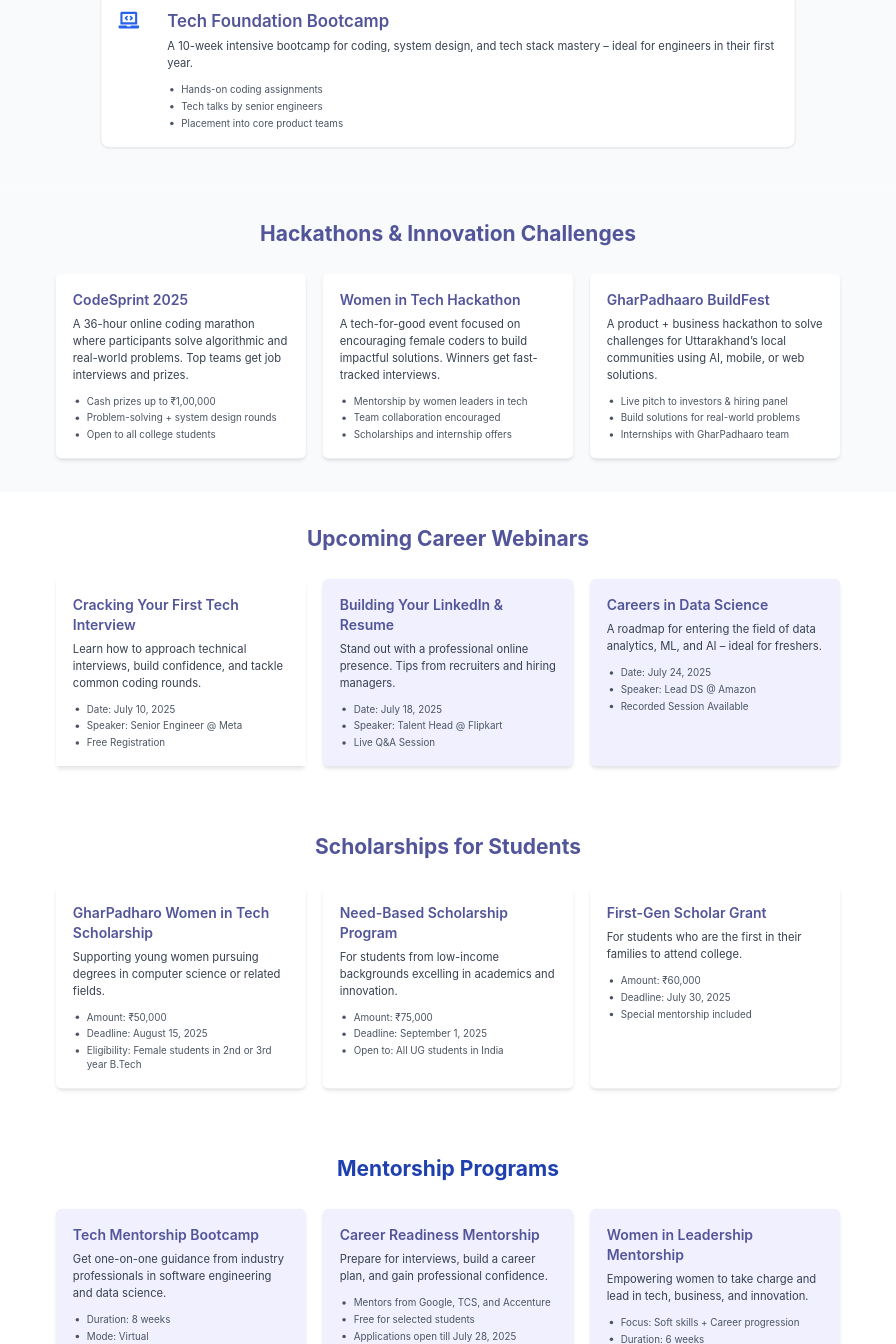
Repository: Siddharthkothiyal/GharPadhaaroCareerWebsite
Page: /#/students
These files come from the project's save history. The page is drawn as it stood at one moment and after the next save; the edit follows.
The browser window is 1280 px wide. The pictures show the part of the page from y = 2667 to 4587 px (the page is 5581 px tall), at 70% of full size.
The project was rebuilt for these pictures with package versions that can differ from the ones it lists, and the page was loaded fresh each time. Also part of the build but not shown: src/components/CareerPortal/JobListing/JobListings.css, src/components/CareerPortal/JobListing/JobListings.js, src/components/CareerPortal/Header.css, src/components/CareerPortal/ResumeUpload.css, src/components/CareerPortal/ResumeUpload.js, src/components/CareerPortal/Header.js, src/components/CareerPortal/JobListing/JobSearch.css, src/components/CareerPortal/JobListing/JobSearch.js and 10 more.

Above is the page before, as saved 2025-06-21 22:22:00.

### public/index.html
<!DOCTYPE html>
<html lang="en">

<head>
  <meta charset="utf-8" />
  <link rel="icon" href="%PUBLIC_URL%/favicon.ico" />
  <meta name="viewport" content="width=device-width, initial-scale=1" />
  <meta name="theme-color" content="#000000" />
  <meta name="description" content="GharPadharo - Find your perfect stay" />

  <!-- Font Awesome CDN (latest) -->
  <link rel="stylesheet" href="https://cdnjs.cloudflare.com/ajax/libs/font-awesome/6.5.2/css/all.min.css"
    integrity="sha512-SnH5WK+bZxgPHs44uWIX+LLJAJ9/2PkPKZ5QiAj6Ta86w+fsb2TkcmfRyVX3pBnMFcV7oQPJkl9QevSCWr3W6A=="
    crossorigin="anonymous" referrerpolicy="no-referrer" />

  <link rel="apple-touch-icon" href="%PUBLIC_URL%/logo192.png" />
  <title>GharPadharo</title>
</head>

<body>
  <noscript>You need to enable JavaScript to run this app.</noscript>
  <div id="root"></div>
  <!--
      This HTML file is a template.
      If you open it directly in the browser, you will see an empty page.

      You can add webfonts, meta tags, or analytics to this file.
      The build step will place the bundled scripts into the <body> tag.

      To begin the development, run `npm start` or `yarn start`.
      To create a production bundle, use `npm run build` or `yarn build`.
    -->
</body>

</html>

### src/index.css
@tailwind base;
@tailwind components;
@tailwind utilities;

/* You can keep your custom CSS below if needed */

body {
  margin: 0;
  font-family: -apple-system, BlinkMacSystemFont, 'Segoe UI', 'Roboto', 'Oxygen',
    'Ubuntu', 'Cantarell', 'Fira Sans', 'Droid Sans', 'Helvetica Neue',
    sans-serif;
  -webkit-font-smoothing: antialiased;
  -moz-osx-font-smoothing: grayscale;
}

code {
  font-family: source-code-pro, Menlo, Monaco, Consolas, 'Courier New',
    monospace;
}

### src/App.js
import React from 'react';
// import { HashRouter as Router } from 'react-router-dom';

// import { BrowserRouter as Router, Routes, Route } from 'react-router-dom';
import { HashRouter as Router, Routes, Route } from 'react-router-dom';
import JobListings from './components/CareerPortal/JobListing/JobListings';

import './App.css';
import CareerPortal from './components/CareerPortal';
import Login from './components/Auth/Login';
import Signup from './components/Auth/Signup';
import LandingPage from './components/LandingPage/LandingPage';



import StudentsPage from './components/CareerPortal/StudentsPage/StudentsPage';

// import JobCategory from './components/CareerPortal/JobListing/JobCategory';
// import JobLocation from './components/CareerPortal/JobListing/JobLocation';



function App() {
  return (
    <Router>
      <div className="App">


        <Routes>
          <Route path="/" element={<LandingPage />} />
          <Route path="/careers" element={<CareerPortal />} />
          <Route path="/login" element={<Login />} />
          <Route path="/signup" element={<Signup />} />

          {/* <Route path="/jobs/:category" element={<JobCategory />} />
          <Route path="/jobs/location/:location" element={<JobLocation />} /> */}
          <Route path="/students" element={<StudentsPage />} />
          <Route path="/job-listings" element={<JobListings />} />




        </Routes>
      </div>
    </Router>
  );
}

export default App;

### src/components/CareerPortal/StudentsPage/StudentsPage.js
import React from "react";

import Internships from "./sections/Internships";
import FreshersJob from "./sections/FreshersJob";
import EarlyCareers from "./sections/EarlyCareers";
import Hackathon from "./sections/Hackathons";
import Webinars from "./sections/Webinars";
import Scholarships from "./sections/Scholarships";
import Mentorship from "./sections/Mentorship";
import Resources from "./sections/Resources";
import FAQs from "./sections/FAQs";

const StudentsPage = () => {
  return (
  <div className="bg-white">
    {/* Page Header */}
    <section className="bg-[#525599] text-white py-10">
      <div className="max-w-6xl mx-auto text-center px-4">
        <h1 className="text-4xl font-bold">Opportunities for Students</h1>
        <p className="mt-2 text-lg">
          Discover internships, job roles, and resources tailored for students.
        </p>
      </div>
    </section>

    <div id="internships">
      <Internships />
    </div>

    <div id="FreshersJob">
      <FreshersJob />
    </div>

    <div id="EarlyCareers">
      <EarlyCareers />
    </div>

    <div id="Hackathons">
      <Hackathon />
    </div>

    <div id="Webinars">
      <Webinars />
    </div>

    <div id="Scholarships">
      <Scholarships />
    </div>

    <div id="Mentorship">
      <Mentorship />
    </div>

    <div id="Resources">
      <Resources />
    </div>

    <div id="faqs">
      <FAQs />
    </div>
  </div>
);

};

export default StudentsPage;

### src/components/CareerPortal/CareerPortal.css
/* GharPadharo Career Portal Styles */
:root {
  --gharpadhaaro-blue: #0866ff;
  --gharpadhaaro-blue-dark: #0756d6;
  --gharpadhaaro-gray: #f0f2f5;
  --gharpadhaaro-text: #1c1e21;
  --gharpadhaaro-text-secondary: #65676b;
  --gharpadhaaro-white: #ffffff;
  --gharpadhaaro-border: #dadde1;
  --gharpadhaaro-success: #42b72a;
  --gharpadhaaro-error: #fa383e;
  --gharpadhaaro-shadow: rgba(0, 0, 0, 0.1);
  --gharpadhaaro-radius: 8px;
  --gharpadhaaro-transition: all 0.2s ease;
}

/* Global Styles */
.career-portal {
  font-family: 'Optimistic Display', -apple-system, BlinkMacSystemFont, 'Segoe UI', Roboto, Oxygen, Ubuntu, Cantarell, 'Open Sans', 'Helvetica Neue', sans-serif;
  color: var(--gharpadhaaro-text);
  line-height: 1.5;
  background-color: var(--gharpadhaaro-white);
}

.container {
  max-width: 1200px;
  margin: 0 auto;
  padding: 0 24px;
}

/* Hero Section */
.hero-section {
  background: linear-gradient(135deg, #0866ff 0%, #535699 100%);
  color: var(--meta-white);
  padding: 100px 0;
  text-align: center;
}

.hero-content {
  max-width: 800px;
  margin: 0 auto;
  padding: 0 24px;
}

.hero-content h1 {
  font-size: 48px;
  font-weight: 700;
  margin-bottom: 24px;
  line-height: 1.2;
}

.hero-content p {
  color: black;
  font-size: 20px;
  margin-bottom: 40px;
  margin-left: 70px;

}

/* Job Search Section */
.job-search-section {
  padding: 60px 0;
  background-color: var(--meta-white);
}

.filters-and-results {
  display: grid;
  grid-template-columns: 300px 1fr;
  gap: 30px;
}

/* Featured Teams Section */
.featured-teams-section {
  padding: 80px 0;
  background-color: var(--meta-gray);
}

.featured-teams-section h2 {
  font-size: 36px;
  font-weight: 700;
  margin-bottom: 16px;
  text-align: center;
}

.featured-teams-section p {
  font-size: 18px;
  color: var(--meta-text-secondary);
  max-width: 700px;
  margin: 0 auto 40px;
  text-align: center;
}

/* Buttons */
.btn {
  display: inline-flex;
  align-items: center;
  justify-content: center;
  padding: 12px 24px;
  border-radius: 0px;
  font-weight: 600;
  font-size: 16px;
  cursor: pointer;
  transition: var(--meta-transition);
  border: none;
}

.btn-primary {
  background-color: var(--meta-blue);
  color: var(--meta-white);
}

.btn-primary:hover {
  background-color: var(--meta-blue-dark);
}

.btn-secondary {
  background-color: var(--meta-gray);
  color: var(--meta-text);
  margin-left: 50px;
}

.btn-secondary:hover {
  background-color: #e4e6eb;
}

/* Form Elements */
.input-group {
  position: relative;
  margin-bottom: 16px;
}

.input-field {
  width: 100%;
  padding: 14px 16px;
  border-radius: var(--meta-radius);
  border: 1px solid var(--meta-border);
  font-size: 16px;
  transition: var(--meta-transition);
}

.input-field:focus {
  border-color: var(--meta-blue);
  outline: none;
  box-shadow: 0 0 0 2px rgba(8, 102, 255, 0.2);
}

/* Responsive */
@media (max-width: 992px) {
  .filters-and-results {
    grid-template-columns: 1fr;
  }

  .hero-content h1 {
    font-size: 36px;
  }

  .hero-content p {
    font-size: 18px;
  }
}

@media (max-width: 576px) {
  .hero-content h1 {
    font-size: 28px;
  }

  .hero-content p {
    font-size: 16px;
  }

  .featured-teams-section h2 {
    font-size: 28px;
  }
}

### src/components/Auth/Auth.css
/* Auth.css - Styles for Login and Signup components */

:root {
  --primary-color: #535699; /* GharPadharo blue */
  --secondary-color: #42B72A; /* GharPadharo green */
  --text-color: #1C1E21;
  --light-text: #606770;
  --error-color: #FA383E;
  --border-color: #DADDE1;
  --background-color: #F0F2F5;
  --card-background: #FFFFFF;
  --hover-color: #E7F3FF;
  --focus-shadow: 0 0 0 2px rgba(83, 86, 153, 0.2);
}

/* Auth Container */
.auth-container {
  display: flex;
  justify-content: center;
  align-items: center;
  min-height: 100vh;
  background-color: var(--background-color);
  padding: 20px;
}

/* Auth Card */
.auth-card {
  background-color: var(--card-background);
  border-radius: 8px;
  box-shadow: 0 2px 4px rgba(0, 0, 0, 0.1), 0 8px 16px rgba(0, 0, 0, 0.1);
  width: 100%;
  max-width: 400px;
  padding: 20px;
}

/* Auth Header */
.auth-header {
  text-align: center;
  margin-bottom: 20px;
}

.auth-logo {
  width: 40px;
  height: 40px;
  margin-bottom: 10px;
}

.auth-header h2 {
  font-size: 24px;
  font-weight: 600;
  color: var(--text-color);
  margin: 0;
}

.gharpadharo-logo{
  width: 60px;
  height: 60px;
}

/* Auth Form */
.auth-form {
  display: flex;
  flex-direction: column;
  gap: 16px;
}

.form-group {
  display: flex;
  flex-direction: column;
}

.form-group label {
  font-size: 14px;
  font-weight: 500;
  margin-bottom: 6px;
  color: var(--text-color);
}

.form-group input {
  padding: 12px 14px;
  border: 1px solid var(--border-color);
  border-radius: 6px;
  font-size: 16px;
  transition: border-color 0.2s, box-shadow 0.2s;
}

.form-group input:focus {
  outline: none;
  border-color: #535699;
  box-shadow: var(--focus-shadow);
}

.form-group input.error {
  border-color: var(--error-color);
}

.error-message {
  color: var(--error-color);
  font-size: 12px;
  margin-top: 4px;
}

/* Terms and Privacy */
.terms-privacy {
  font-size: 12px;
  color: 535699;
  margin-bottom: 10px;
  text-align: center;
}

.terms-privacy a {
  color: 535699;
  text-decoration: none;
}

.terms-privacy a:hover {
  text-decoration: underline;
}

/* Auth Button */
.auth-button {
  background-color: #535699;
  color: white;
  border: none;
  border-radius: 6px;
  padding: 12px;
  font-size: 16px;
  font-weight: 600;
  cursor: pointer;
  transition: background-color 0.2s;
  margin-top: 10px;
}

.auth-button:hover {
  background-color: #535699;
}

/* Auth Footer */
.auth-footer {
  margin-top: 20px;
  text-align: center;
}

.forgot-password {
  color: #535699;
  text-decoration: none;
  font-size: 14px;
  display: block;
  margin-bottom: 16px;
}

.forgot-password:hover {
  text-decoration: underline;
}

.auth-redirect {
  font-size: 14px;
  color: var(--light-text);
  margin: 0;
}

.auth-redirect a {
  color: #535699;
  text-decoration: none;
  font-weight: 500;
}

.auth-redirect a:hover {
  text-decoration: underline;
}

/* Responsive adjustments */
@media (max-width: 480px) {
  .auth-card {
    padding: 16px;
  }

  .auth-header h2 {
    font-size: 20px;
  }

  .form-group input {
    padding: 10px 12px;
    font-size: 14px;
  }

  .auth-button {
    padding: 10px;
    font-size: 14px;
  }
}

### src/components/LandingPage/LandingPage.css
/* LandingPage.css - Styles for the landing page */

:root {
  --primary-color: #535699; /* GharPadharo blue */
  --secondary-color: #42B72A; /* GharPadharo green */
  --text-color: #1C1E21;
  --light-text: #606770;
  --border-color: #DADDE1;
  --background-color: #F0F2F5;
  --card-background: #FFFFFF;
  --hover-color: #c8e4ff;
  --focus-shadow: 0 0 0 2px rgba(24, 119, 242, 0.2);
  --border-color: #blue;
  --background-color: #535699;
  --card-background: white;
  --hover-color: #E7F3FF;
  --focus-shadow: 0 0 0 2px rgba(83, 86, 153, 0.2);
}
/* General Styles */
.landing-page {
  font-family: 'Segoe UI', 'Helvetica Neue', sans-serif;
  color: var(--text-color);
  line-height: 1.5;
}

.container {
  max-width: 1200px;
  margin: 0 auto;
  padding: 0 20px;
}

section {
  padding: 60px 0;
}

h1, h2, h3, h4 {
  margin-top: 0;
  font-weight: 600;
}

h1 {
  font-size: 3rem;
  line-height: 1.2;
  margin-bottom: 20px;
}

h2 {
  font-size: 2.25rem;
  margin-bottom: 30px;
  text-align: center;
}

h3 {
  font-size: 1.5rem;
  margin-bottom: 15px;
}

p {
  margin-bottom: 20px;
}

.btn {
  display: inline-block;
  padding: 12px 24px;
  border-radius: 6px;
  font-weight: 600;
  text-decoration: none;
  text-align: center;
  cursor: pointer;
  transition: all 0.2s ease;
  margin-right: 12px;
  margin-bottom: 12px;
}

.btn-primary {
  background-color:  #0CAFFF;
  color: white;
  border: none;
}

.btn-primary:hover {
  background-color: whitesmoke;
  color: black;
}

.btn-secondary {
  background-color: var(--secondary-color);
  color: white;
  border: none;
}

.btn-secondary:hover {
  background-color: whitesmoke;
  color: black;
}

.btn-outline {
  background-color: white;
  color: black;
  border: white;
}

.btn-outline:hover {
  background-color: #0CAFFF;
  color: black;
}

/* Hero Section */
.hero {
  background-color: var(--background-color);
  padding: 80px 0;
}

.hero .container {
  display: flex;
  align-items: center;
  justify-content: space-between;
  gap: 40px;
}

.hero-content {
  flex: 1;
}

.hero-content p {
  font-size: 1.25rem;
  color: 535699;
  margin-bottom: 30px;
  max-width: 900px;
  margin-left: 8.5px;
}

.hero-buttons {
  display: flex;
  flex-wrap: wrap;
}

.hero-image {
  flex: 1;
  display: flex;
  justify-content: center;
  align-items: center;
}

.image-placeholder {
  background-color: 535699;
  border-radius: 12px;
  padding: 20px;
  display: flex;
  justify-content: center;
  align-items: center;
}


/* Features Section */
.features {
  background-color: white;
}

.features-grid {
  display: grid;
  grid-template-columns: repeat(auto-fit, minmax(250px, 1fr));
  gap: 30px;
  margin-top: 40px;
}

.feature-card {
  background-color: var(--card-background);
  border-radius: 12px;
  padding: 30px;
  box-shadow: 0 2px 4px rgba(0, 0, 0, 0.05);
  transition: transform 0.3s ease, box-shadow 0.3s ease;
}

.feature-card:hover {
  transform: scale(1.05);
  box-shadow: 0 10px 20px rgba(0, 0, 0, 0.1);
}

.feature-icon {
  margin-bottom: 20px;
}

.feature-card h3 {
  color: var(--text-color);
}

.feature-card p {
  color: var(--light-text);
  margin-bottom: 0;
}

/* Teams Section */
.teams-section {
  background-color: var(--background-color);
}

.section-description {
  text-align: center;
  max-width: 700px;
  margin: 0 auto 40px;
  color:white;
  font-size: 1.1rem;
}

.teams-carousel {
  display: grid;
  grid-template-columns: repeat(auto-fit, minmax(250px, 1fr));
  gap: 20px;
  margin-top: 30px;
}

.team-item {
  background-color: white;
  border-radius: 8px;
  padding: 25px;
  box-shadow: 0 2px 4px rgba(0, 0, 0, 0.05);
  transition: transform 0.3s ease;
}

.team-item:hover {
  transform: translateY(-5px);
}

.team-item h3 {
  color: var(--primary-color);
  margin-bottom: 10px;
}

.team-item p {
  color: var(--light-text);
  margin-bottom: 15px;
}

.team-link {
  color: var(--primary-color);
  text-decoration: none;
  font-weight: 600;
  display: inline-flex;
  align-items: center;
}

.team-link span {
  margin-left: 5px;
  transition: transform 0.2s ease;
}

.team-link:hover span {
  transform: translateX(3px);
}

/* Testimonials Section */
.testimonials {
  background-color: white;
}

.testimonial-card {
  max-width: 800px;
  margin: 0 auto;
  background-color: var(--card-background);
  border-radius: 12px;
  padding: 40px;
  box-shadow: 0 4px 12px rgba(0, 0, 0, 0.08);
  position: relative;
}

.quote-mark {
  font-size: 60px;
  color: var(--primary-color);
  opacity: 0.2;
  position: absolute;
  top: 20px;
  left: 20px;
  line-height: 1;
}

.testimonial-text {
  font-size: 1.25rem;
  line-height: 1.6;
  margin-bottom: 30px;
  position: relative;
  z-index: 1;
}

.testimonial-author {
  display: flex;
  align-items: center;
}

.author-avatar {
  width: 50px;
  height: 50px;
  border-radius: 50%;
  background-color: var(--primary-color);
  margin-right: 15px;
}

.author-info h4 {
  margin: 0;
  font-size: 1.1rem;
}

.author-info p {
  margin: 5px 0 0;
  color: var(--light-text);
  font-size: 0.9rem;
}

/* CTA Section */
.cta-section {
  background-color: var(--primary-color);
  color: white;
  text-align: center;
  padding: 80px 0;
}

.cta-section h2 {
  color: white;
  margin-bottom: 15px;
}

.cta-section p {
  color: rgba(255, 255, 255, 0.9);
  font-size: 1.2rem;
  margin-bottom: 30px;
  max-width: 700px;
  margin-left: auto;
  margin-right: auto;
}

.cta-buttons {
  display: flex;
  justify-content: center;
  flex-wrap: wrap;
  gap: 15px;
}

.cta-section .btn-primary {
  background-color: #42B72A;
  color:black;
}

.cta-section .btn-primary:hover {
  background-color: #f5f5f5;
}

.cta-section .btn-secondary {
  background-color: transparent;
  color: white;
  border: 1px solid white;
}

.cta-section .btn-secondary:hover {
  background-color: rgba(255, 255, 255, 0.1);
}

/* Responsive Styles */
@media (max-width: 992px) {
  h1 {
    font-size: 2.5rem;
  }

  h2 {
    font-size: 2rem;
  }

  .hero .container {
    flex-direction: column;
  }

  .hero-content, .hero-image {
    flex: none;
    width: 100%;
    text-align: center;
  }

  .hero-content p {
    margin-left: auto;
    margin-right: auto;
  }

  .hero-buttons {
    justify-content: center;
  }
}

@media (max-width: 768px) {
  section {
    padding: 40px 0;
  }

  h1 {
    font-size: 2rem;
  }

  h2 {
    font-size: 1.75rem;
  }

  .features-grid, .teams-carousel {
    grid-template-columns: 1fr;
  }

  .testimonial-card {
    padding: 30px 20px;
  }

  .testimonial-text {
    font-size: 1.1rem;
  }
}

### src/components/CareerPortal/StudentsPage/sections/Webinars.js
import React from "react";

const Webinars = () => {
  return (
    <section className="py-12 bg-white">
      <div className="max-w-6xl mx-auto px-4">
        <h2 className="text-3xl font-bold text-center text-[#525599] mb-10">
          Upcoming Career Webinars
        </h2>

        <div className="grid md:grid-cols-3 gap-6">
          {/* Webinar 1 */}
          <div className="bg-[#f0f0ff]rounded-lg shadow-md p-6 hover:shadow-lg transition">
            <h3 className="text-xl font-semibold text-[#525599] mb-2">
              Cracking Your First Tech Interview
            </h3>
            <p className="text-gray-700 mb-4">
              Learn how to approach technical interviews, build confidence, and tackle common coding rounds.
            </p>
            <ul className="text-sm text-gray-600 list-disc pl-5 space-y-1">
              <li>Date: July 10, 2025</li>
              <li>Speaker: Senior Engineer @ Meta</li>
              <li>Free Registration</li>
            </ul>
          </div>

          {/* Webinar 2 */}
          <div className="bg-[#f0f0ff] rounded-lg shadow-md p-6 hover:shadow-lg transition">
            <h3 className="text-xl font-semibold text-[#525599] mb-2">
              Building Your LinkedIn & Resume
            </h3>
            <p className="text-gray-700 mb-4">
              Stand out with a professional online presence. Tips from recruiters and hiring managers.
            </p>
            <ul className="text-sm text-gray-600 list-disc pl-5 space-y-1">
              <li>Date: July 18, 2025</li>
              <li>Speaker: Talent Head @ Flipkart</li>
              <li>Live Q&A Session</li>
            </ul>
          </div>

          {/* Webinar 3 */}
          <div className="bg-[#f0f0ff] rounded-lg shadow-md p-6 hover:shadow-lg transition">
            <h3 className="text-xl font-semibold text-[#525599] mb-2">
              Careers in Data Science
            </h3>
            <p className="text-gray-700 mb-4">
              A roadmap for entering the field of data analytics, ML, and AI – ideal for freshers.
            </p>
            <ul className="text-sm text-gray-600 list-disc pl-5 space-y-1">
              <li>Date: July 24, 2025</li>
              <li>Speaker: Lead DS @ Amazon</li>
              <li>Recorded Session Available</li>
            </ul>
          </div>
        </div>
      </div>
    </section>
  );
};

export default Webinars;

Loaded but not shown: src/index.js (common file); src/reportWebVitals.js (common file); src/App.css (common file); tailwind.config.js (common file); src/components/CareerPortal/StudentsPage/sections/Internships.js (102 lines, source omitted); src/components/CareerPortal/StudentsPage/sections/FreshersJob.js (102 lines, source omitted); src/components/CareerPortal/StudentsPage/sections/FAQs.js (76 lines, source omitted); src/components/CareerPortal/StudentsPage/sections/Hackathons.js (62 lines, source omitted); src/components/CareerPortal/StudentsPage/sections/EarlyCareers.js (74 lines, source omitted); src/components/CareerPortal/StudentsPage/sections/Mentorship.js (62 lines, source omitted); src/components/CareerPortal/StudentsPage/sections/Resources.js (71 lines, source omitted); src/components/CareerPortal/StudentsPage/sections/Scholarships.js (62 lines, source omitted)

After the next save:
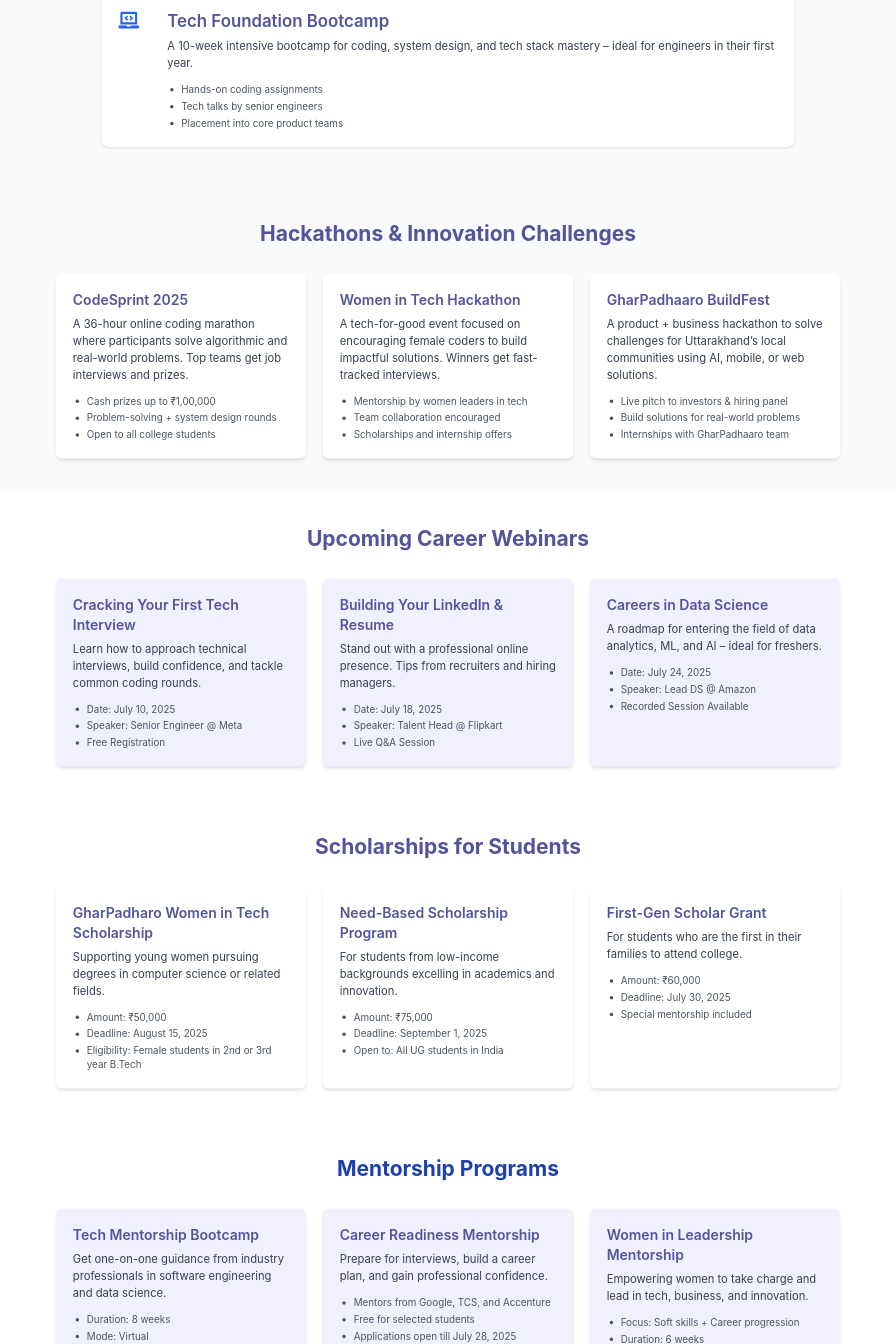
Saved 29 s later.
--- a/src/components/CareerPortal/StudentsPage/sections/Webinars.js
+++ b/src/components/CareerPortal/StudentsPage/sections/Webinars.js
@@ -10,7 +10,7 @@ const Webinars = () => {
 
         <div className="grid md:grid-cols-3 gap-6">
           {/* Webinar 1 */}
-          <div className="bg-[#f0f0ff]rounded-lg shadow-md p-6 hover:shadow-lg transition">
+          <div className="bg-[#f0f0ff] rounded-lg shadow-md p-6 hover:shadow-lg transition">
             <h3 className="text-xl font-semibold text-[#525599] mb-2">
               Cracking Your First Tech Interview
             </h3>
